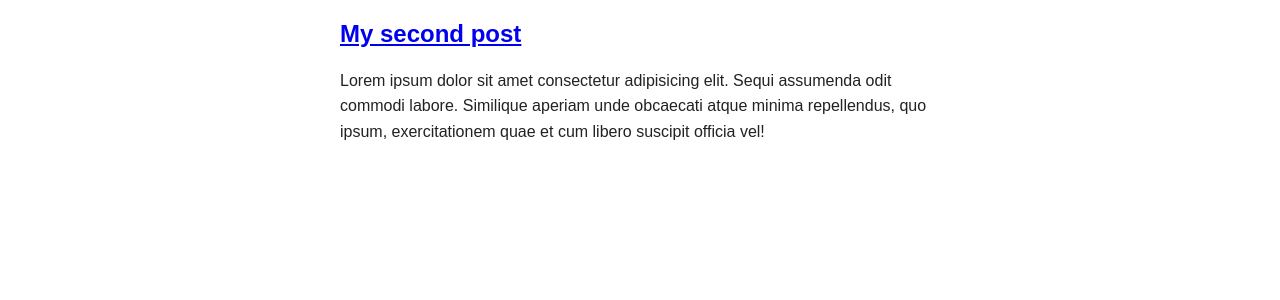
Repository: PiotrMigdal/blogmigdalapp
Page: resources/posts/my-second-post.html
The author's editor kept a copy of each file at every save. The page is drawn from the files as they stood at one save, then again after the next save.
The browser window is 1280 px wide. The pictures show the whole page.

Above is the page before, as saved 2021-08-28 08:52:15.

### resources/posts/my-second-post.html
<!DOCTYPE html>
<html lang="en">
<head>
  <meta charset="UTF-8">
  <meta http-equiv="X-UA-Compatible" content="IE=edge">
  <meta name="viewport" content="width=device-width, initial-scale=1.0">
  <title>My Blog</title>
  <link rel="stylesheet" href="/app.css"></link>
</head>
<body>
  <article>
    <h1><a href='/post'>My second post</a></h1>
    <p>Lorem ipsum dolor sit amet consectetur adipisicing elit. Sequi assumenda odit commodi labore. Similique aperiam unde obcaecati atque minima repellendus, quo ipsum, exercitationem quae et cum libero suscipit officia vel!</p>
  </article>
</body>
</html>

### public/app.css
body {
  background: white;
  color: #222222;
  max-width: 600px;
  margin: auto;
  font-family: sans-serif;
}

p {
  line-height: 1.6;
}

article + article {
  margin-top: 3rem;
  padding-top: 3rem;
  border-top: 1px solid #c5c5c5;

}

After the next save:
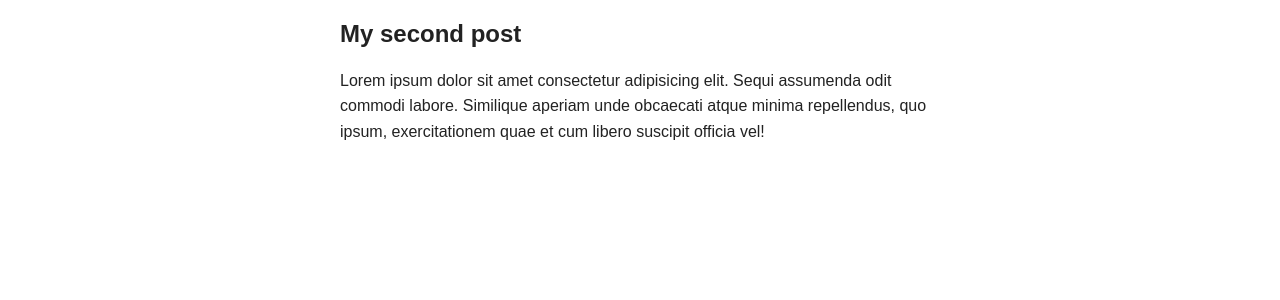
Saved 6 s later.
--- a/resources/posts/my-second-post.html
+++ b/resources/posts/my-second-post.html
@@ -9,7 +9,7 @@
 </head>
 <body>
   <article>
-    <h1><a href='/post'>My second post</a></h1>
+    <h1>My second post</h1>
     <p>Lorem ipsum dolor sit amet consectetur adipisicing elit. Sequi assumenda odit commodi labore. Similique aperiam unde obcaecati atque minima repellendus, quo ipsum, exercitationem quae et cum libero suscipit officia vel!</p>
   </article>
 </body>
